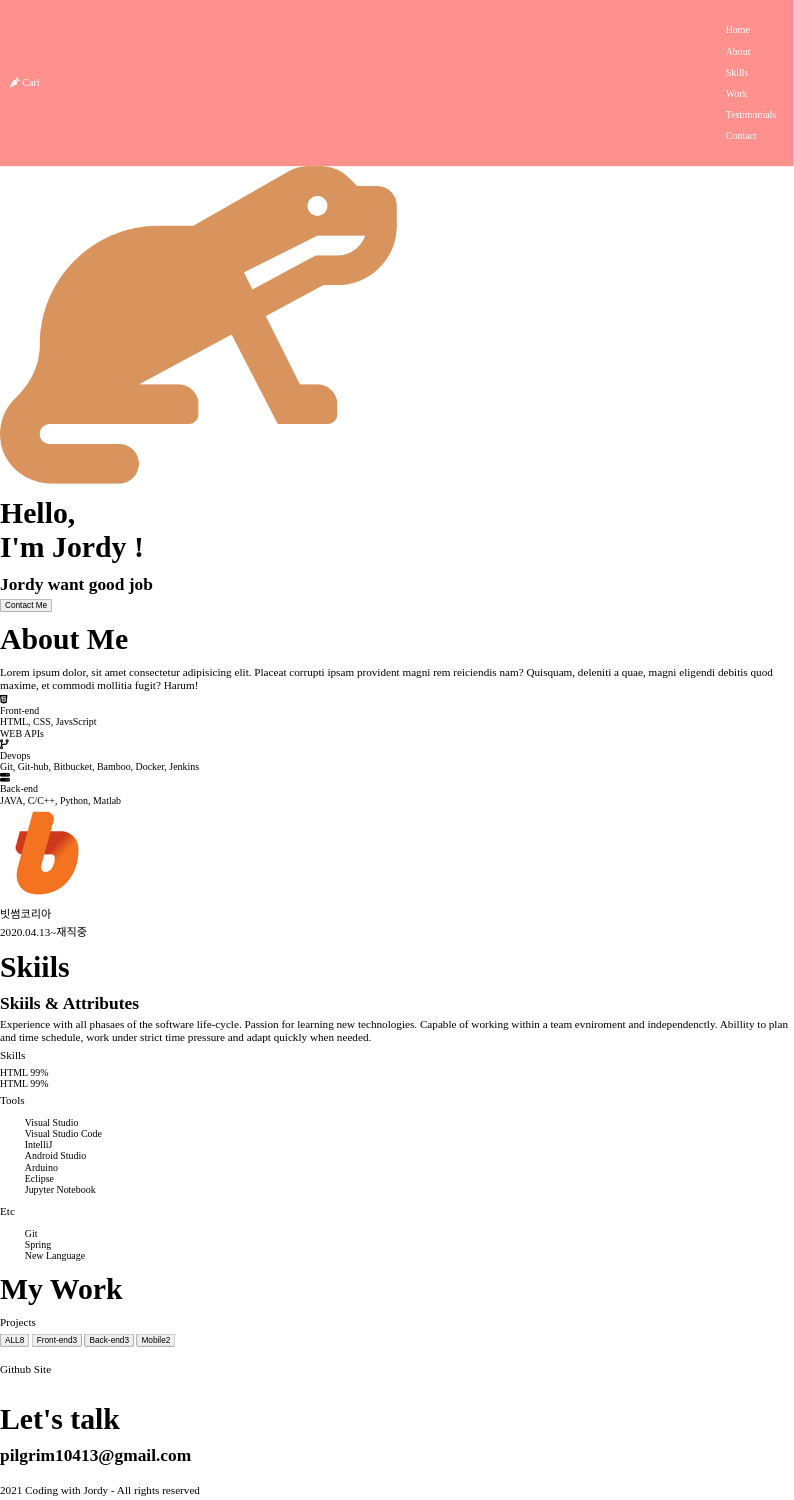
Repository: pilgrim13/Portfolio
Page: index.html
An editor plug-in stored every save of this project. The page is shown before and after the next save, followed by the edit.
The browser window is 1280 px wide. The pictures show the whole page, at 62% of full size.
Some web libraries are served in a nearby version.

Above is the page before, as saved 2021-01-11 17:48:07.

After the next save:
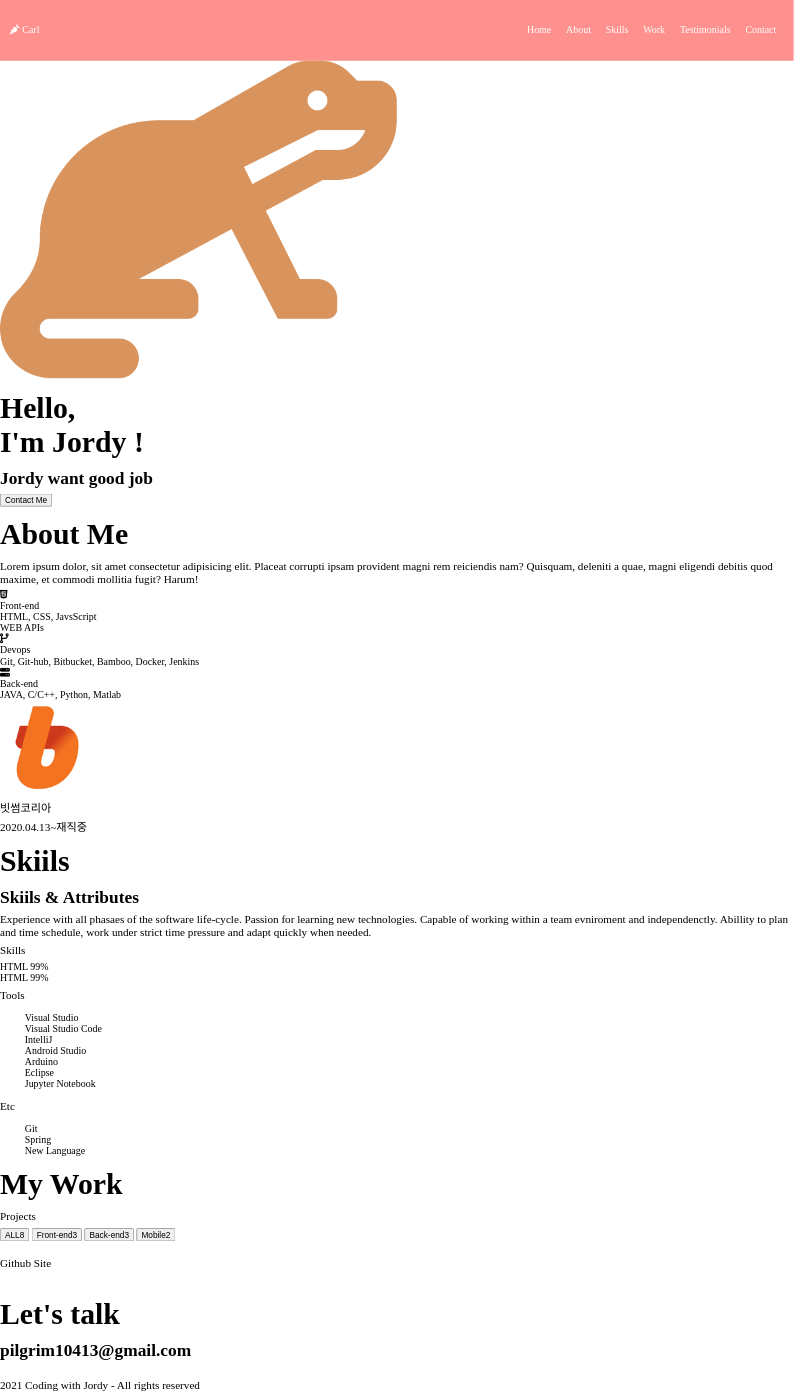
Saved 90 s later.
--- a/index.html
+++ b/index.html
@@ -30,7 +30,7 @@
 				<a href="#">Carl</a>
 			</div>
 			<div class="navbar__menu">
-				<ul>
+				<ul class="navbar__menu">
 					<li class="navbar__menu__item">Home</li>
 					<li class="navbar__menu__item">About</li>
 					<li class="navbar__menu__item">Skills</li>
